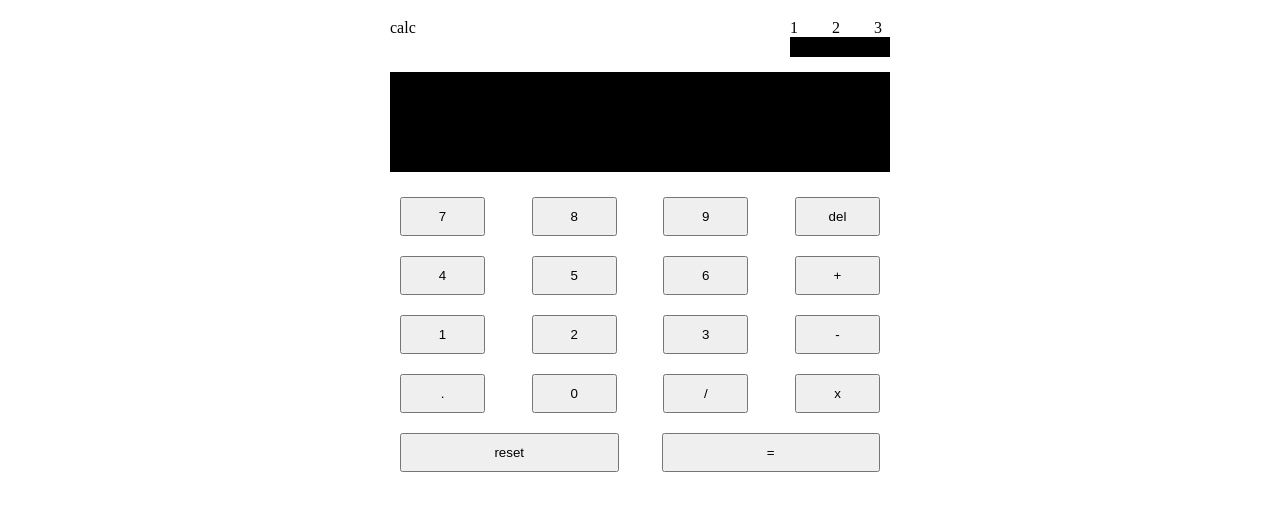
Repository: Eugene44-hub/basic-calculator
Page: index.html
An editor plug-in stored every save of this project. The page is shown before and after a run of saves, followed by the edit.
The browser window is 1280 px wide. The pictures show the whole page.

Above is the page before, as saved 2021-10-01 14:41:26.
Console error: SyntaxError: Unexpected end of input

After the next 2 saves:
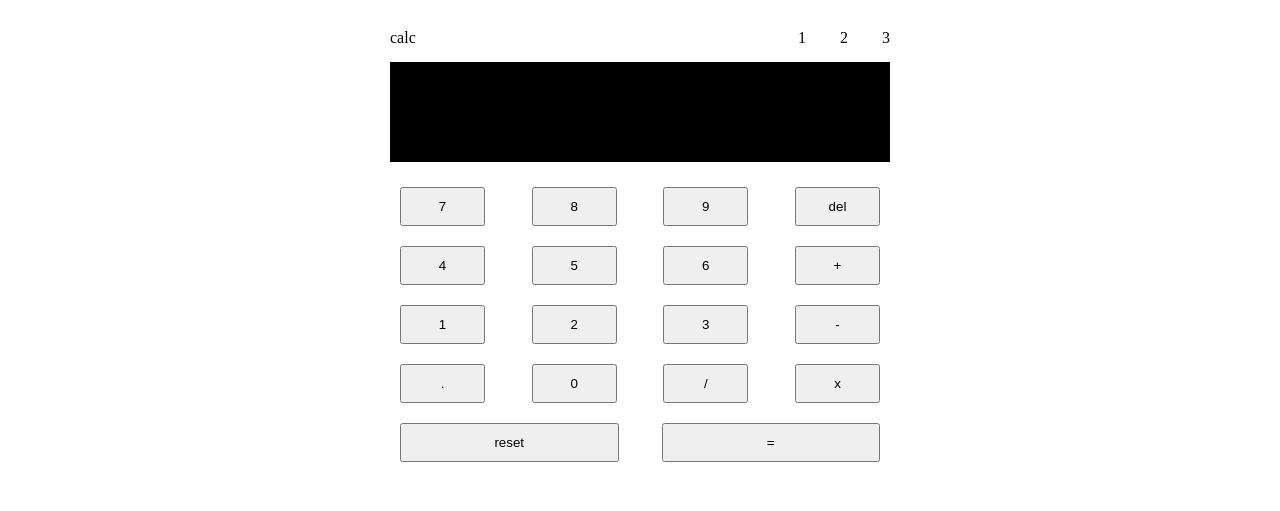
The 2 saves are shown as one change because they came seconds apart.
The last was saved 24 s later.
--- a/index.html
+++ b/index.html
@@ -19,7 +19,6 @@
                     <span id="one">1</span>
                     <span id="two">2</span>
                     <span id="three">3</span>
-                    <div class="toggle"></div>
                 </div>
             </div>
         </div>
